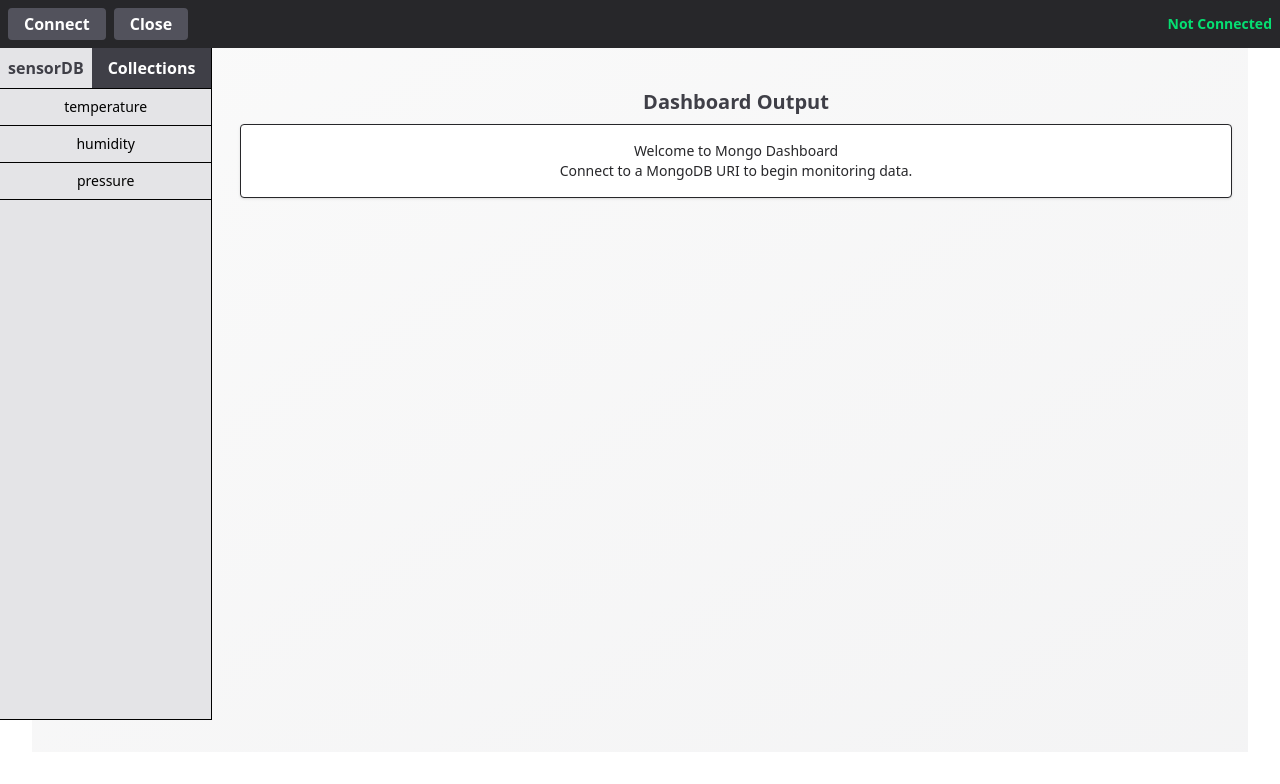
Repository: aryan151pratap/Dashboard
Page: / (app in frontened/), after clicking the first element matching `li.hover\:underline`
The author's editor kept a copy of each file at every save. The page is drawn from the files as they stood at one save, then again after the next save.
The browser window is 1280 px wide. The pictures show the whole page.
The project was rebuilt for these pictures with package versions that can differ from the ones it lists, and the page was loaded fresh each time. Also part of the build but not shown: frontened/vite.config.js, frontened/src/component/connect.jsx.

Above is the page before, as saved 2025-06-24 14:39:59.

### frontened/index.html
<!doctype html>
<html lang="en">
  <head>
    <meta charset="UTF-8" />
    <link rel="icon" type="image/svg+xml" href="/vite.svg" />
    <meta name="viewport" content="width=device-width, initial-scale=1.0" />
    <title>Dashboard</title>
    <script src="https://cdn.jsdelivr.net/npm/@tailwindcss/browser@4"></script>

  </head>
  <body>
    <div id="root"></div>
    <script type="module" src="/src/main.jsx"></script>
  </body>
</html>

### frontened/src/App.jsx
import { useState } from 'react'
import './App.css'
import Dashboard from './component/dashboard'

function App() {

  return (
    <>
    <div className='h-screen w-full'>
      <Dashboard/>
    </div>
    </>
  )
}

export default App

### frontened/src/component/dashboard.jsx
import Bar from "./bar";

function Dashboard(){
	return(
		<>
		<div className="h-full w-full bg-gradient-to-br from-zinc-50 to-zinc-100">
			<Bar/>
		</div>
		</>
	)
}

export default Dashboard;

### frontened/src/component/bar.jsx
import { useState } from "react";
import Connect from "./connect";
import Left_bar from "./left_bar";
import Right_bar from "./right_bar";

function Bar() {
  const [buttons] = useState(["connect", "close"]);
  const [showModal, setShowModal] = useState(false);
  const [uri, setUri] = useState("");
  const [connected, setConnected] = useState(false);

  return (
    <div>
		{/* Top Navbar */}
		<div className="w-full fixed top-0 left-0 flex justify-between items-center p-2 bg-zinc-800 text-white z-10">
			<div className="flex gap-2">
			{buttons.map((i, index) => (
				<button
				key={index}
				onClick={() => i === "connect" && setShowModal(true)}
				className="capitalize font-semibold bg-zinc-600 px-4 py-1 rounded hover:bg-zinc-700"
				>
				{i}
				</button>
			))}
			</div>
			<p className="font-semibold text-green-400 text-sm">
			{connected ? "Connected" : "Not Connected"}
			</p>
		</div>

		<div className="h-screen flex flex-col">

			<Left_bar/>

			<Right_bar/>

		</div>

		{showModal && (
			<Connect
				uri={uri}
				setUri={setUri}
				setConnected={setConnected}
				setShowModal={setShowModal}
			/>
		)}
    </div>
  );
}

export default Bar;

### frontened/src/component/left_bar.jsx
import { useState } from "react";
import clusterData from "../data/clusterData";

function Left_bar(){
	const [current_database, setCurrent_database] = useState(null);

	const handle_current_database = function(i){
		setCurrent_database(i);
	}

	const handle_current_collections = function(i){
		console.log(i);
	}

	return(
		<>
		<div className="shrink-0 h-fit sm:h-full w-full pt-12 sm:w-fit bg-zinc-200 sm:fixed left-0 top-0 border-b sm:border-r">

			<div className="flex flex-row border-b">
				<button className={`sm:w-full sm:text-center font-bold px-2 py-2 ${current_database === null ? 'text-white bg-zinc-700' : 'text-zinc-700'}`}
					onClick={() => setCurrent_database(null)}
				>
					{current_database ?
					<span>{current_database.name}</span>
					:
					<span>Databases</span>
					}
				</button>

				{current_database &&
					<button className={`sm:text-center font-bold px-4 py-2 ${current_database !== null ? 'text-white bg-zinc-700' : 'text-zinc-700'}`}>Collections</button>
				}
			</div>


			<ul className="text-sm flex sm:flex-col flex-row">
			{current_database ?
			<>
				{current_database.collections.map((i, index) => (
					<li key={index} className="hover:underline cursor-pointer border-r sm:border-r-0 sm:border-b px-4 py-2"
					onClick={() => handle_current_collections(i)}
					>
						{i}
					</li>
				))}
			</>
			:
			<>
				{clusterData.databases.map((i, index) => (
					<li key={index} className="hover:underline cursor-pointer border-r sm:border-r-0 sm:border-b px-4 py-2"
					onClick={() => handle_current_database(i)}
					>
						{i.name}
					</li>
				))}
			</>
			}
			</ul>
		</div>
		</>
	)
}

export default Left_bar;

### frontened/src/component/right_bar.jsx
function Right_bar(){
	return(
		<>
		<div className="sm:ml-48 pt-14 p-4">
			<h1 className="text-xl font-bold mb-2 text-zinc-700">Dashboard Output</h1>
			<div className="bg-white p-4 border rounded shadow text-sm text-zinc-800">
			<p>Welcome to Mongo Dashboard</p>
			<p>Connect to a MongoDB URI to begin monitoring data.</p>
			</div>
		</div>
		</>
	)
}

export default Right_bar;

### frontened/src/data/clusterData.js
const clusterData = {
  name: "iotCluster",
  uri: "mongodb+srv://admin:pass@iotcluster.mongodb.net", // optional metadata
  databases: [
    {
      name: "sensorDB",
      collections: ["temperature", "humidity", "pressure"]
    },
    {
      name: "deviceLogs",
      collections: ["bootLogs", "errorLogs", "runtimeStats"]
    },
    {
      name: "statusDB",
      collections: ["uptime", "statusHistory", "batteryHealth"]
    }
  ]
};

export default clusterData;

Loaded but not shown: frontened/src/main.jsx (common file); frontened/src/App.css (common file)

After the next save:
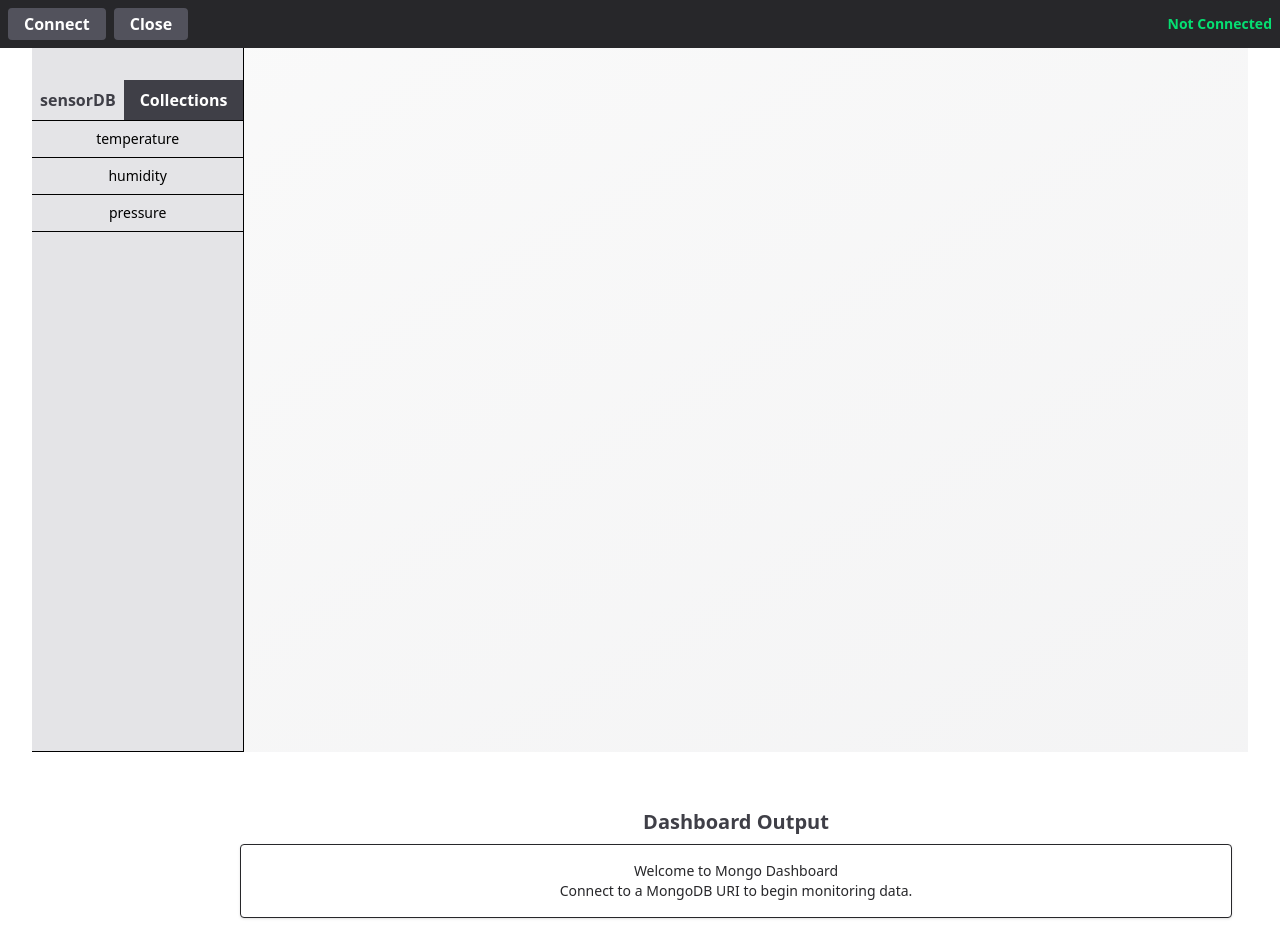
Saved 55 s later.
--- a/frontened/src/component/left_bar.jsx
+++ b/frontened/src/component/left_bar.jsx
@@ -14,7 +14,7 @@ function Left_bar(){
 
 	return(
 		<>
-		<div className="shrink-0 h-fit sm:h-full w-full pt-12 sm:w-fit bg-zinc-200 sm:fixed left-0 top-0 border-b sm:border-r">
+		<div className="shrink-0 h-fit sm:h-full w-full pt-12 sm:w-fit bg-zinc-200 left-0 top-0 border-b sm:border-r">
 
 			<div className="flex flex-row border-b">
 				<button className={`sm:w-full sm:text-center font-bold px-2 py-2 ${current_database === null ? 'text-white bg-zinc-700' : 'text-zinc-700'}`}
